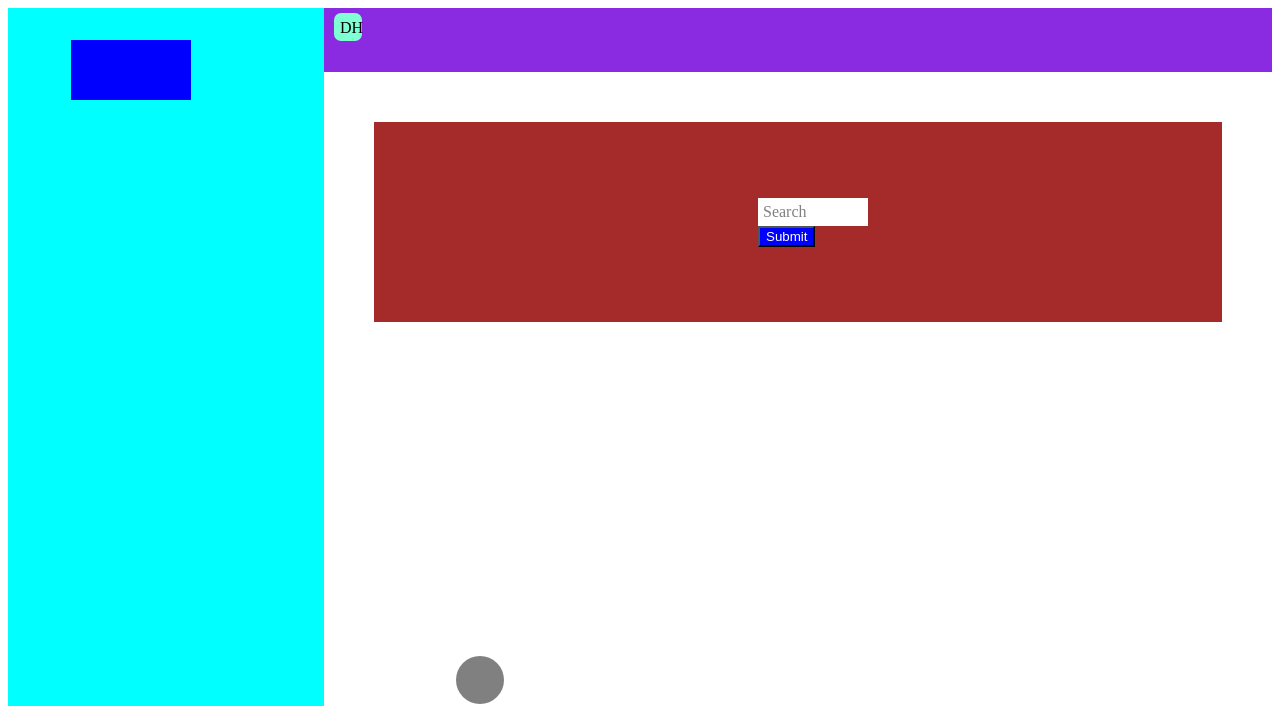
Repository: tr2cky/barrage
Page: index.html
These files come from the project's save history. The page is drawn as it stood at one moment and after a run of saves; the edit follows.
The browser window is 1280 px wide. The pictures show the whole page.

Above is the page before, as saved 2022-10-03 13:58:25.

After the next 2 saves:
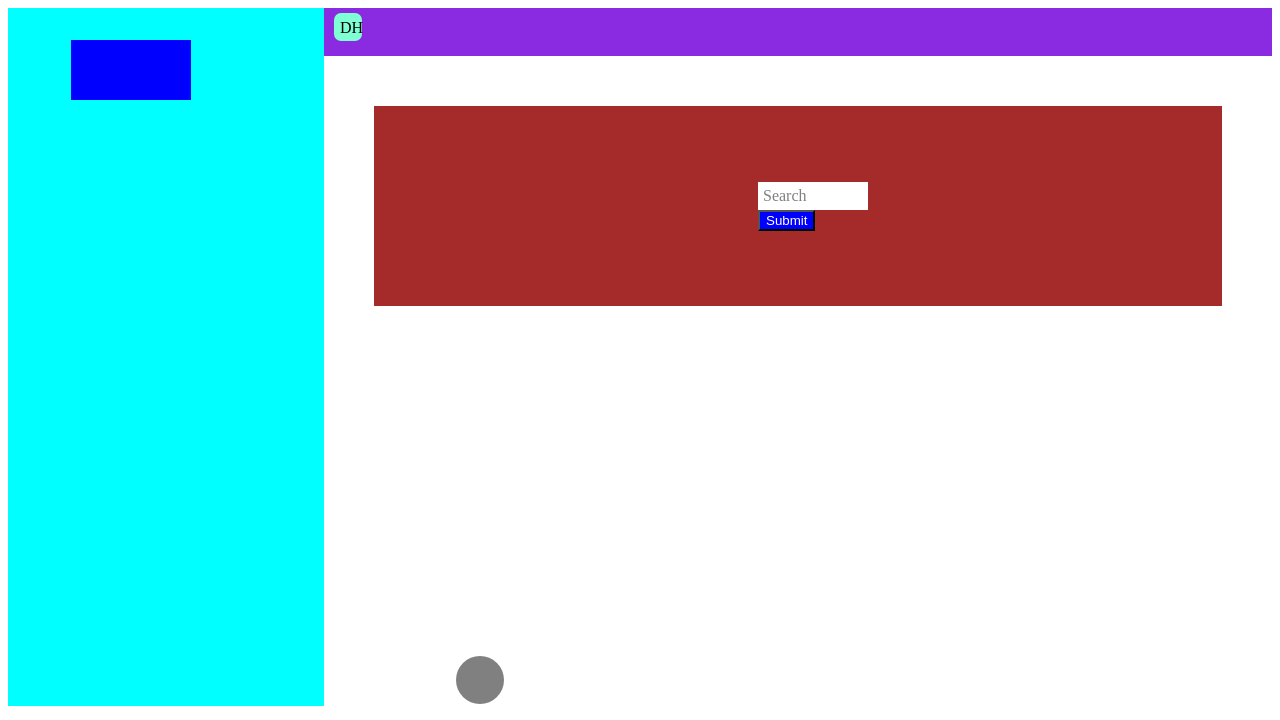
The 2 saves are shown as one change because they came seconds apart.
The last was saved 9 s later.
--- a/style.css
+++ b/style.css
@@ -21,7 +21,7 @@ main {
 }
 .header {
     background-color: blueviolet;
-    height: 4em;
+    height: 3em;
 }
 .boxheader {
     background-color: aquamarine;
